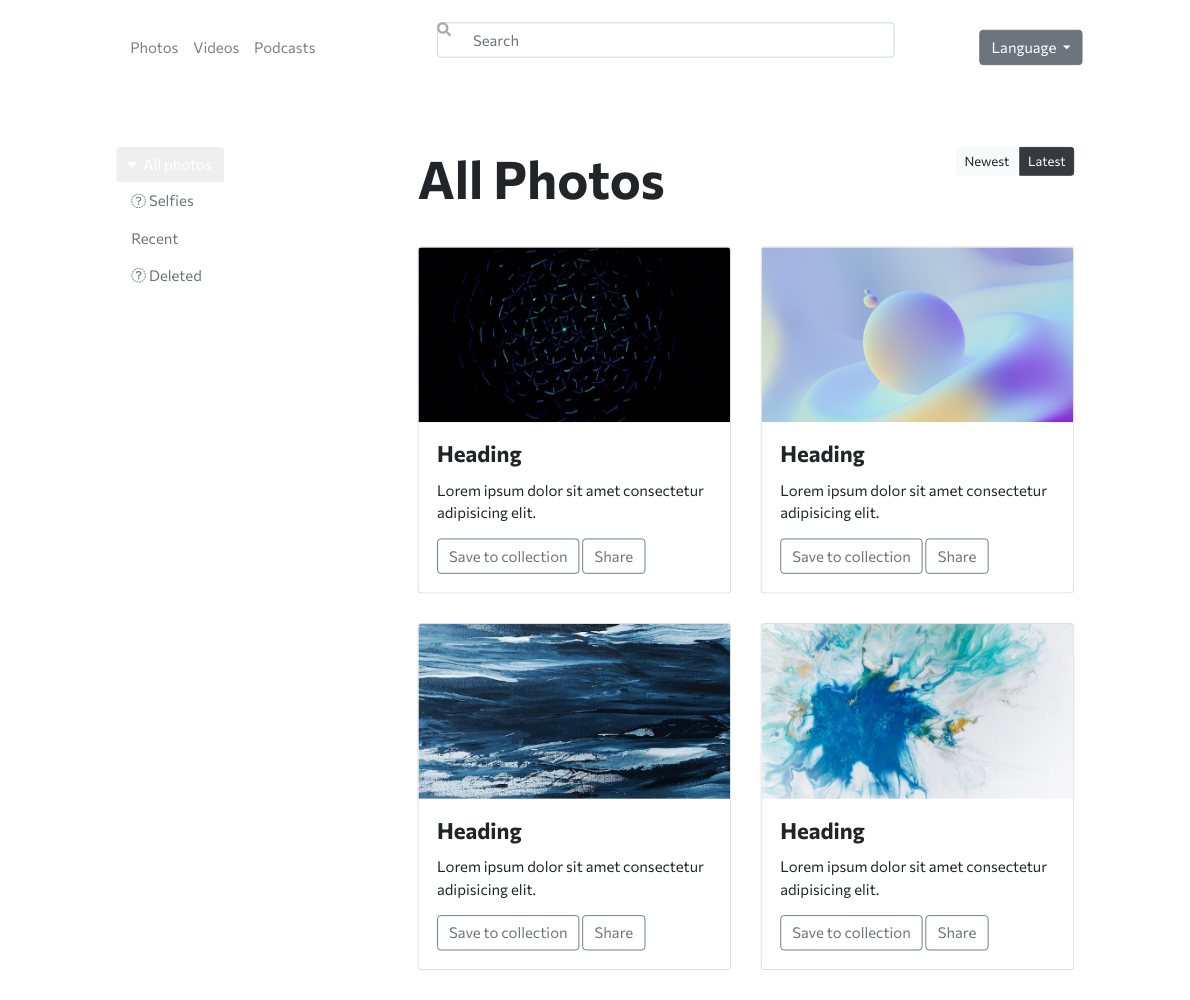
Repository: AlisaSkryp/photoblog
Page: index.html
An editor plug-in stored every save of this project. The page is shown before and after a run of saves, followed by the edit.
The browser window is 1280 px wide. The pictures show the whole page, at 93% of full size.
Some web libraries are served in a nearby version.

Above is the page before, as saved 2023-04-10 11:30:19.

### index.html
<!DOCTYPE html>
<html lang="en">
<head>
	<meta charset="utf-8">
	<meta name="viewport" content="width=device-width, initial-scale=1">
	<title>Complete Bootstrap 4 Website Layout</title>
	<link rel="stylesheet" href="https://maxcdn.bootstrapcdn.com/bootstrap/4.0.0/css/bootstrap.min.css">
	<link rel="stylesheet" href="https://use.fontawesome.com/releases/v5.7.0/css/all.css" integrity="sha384-lZN37f5QGtY3VHgisS14W3ExzMWZxybE1SJSEsQp9S+oqd12jhcu+A56Ebc1zFSJ" crossorigin="anonymous">
	<link href="style.css" rel="stylesheet">
</head>
<body>

<!-- Navigation -->
<header class="container">
<nav class="navbar navbar-expand-md navbar-light sticky-top">
 <div class="container-fluid">
  <button class="navbar-toggler" type="button" data-toggle="collapse" data-target="#navbarResponsive">
		<span class="navbar-toggler-icon"></span>
	</button>
	<div class="collapse navbar-collapse col-md-3" id="navbarResponsive">
		<ul class="navbar-nav">
			<li class="nav-item">
			  <a class="nav-link" href="#">Photos</a>
			</li>
			<li class="nav-item">
			  <a class="nav-link" href="#">Videos</a>
			</li>
			<li class="nav-item">
			  <a class="nav-link" href="#">Podcasts</a>
			</li>
		</ul>
	</div>
	<div class="search-container col-md-6">
	 <div class="form-group has-search">
    <span class="fa fa-search form-control-feedback"></span>
    <input type="text" class="form-control" placeholder="Search">
   </div>
	</div>
	<div class="dropdown">
		<button class="btn btn-secondary dropdown-toggle" type="button" id="dropdownMenuButton" data-toggle="dropdown" aria-haspopup="true" aria-expanded="false">
			Language
		</button>
		<div class="dropdown-menu" aria-labelledby="dropdownMenuButton">
			<a class="dropdown-item" href="#">English</a>
			<a class="dropdown-item" href="#">Spanish</a>
			<a class="dropdown-item" href="#">French</a>
		</div>
	</div>

 </div>
</nav>
</header>
<!--- Sidebar -->
<div class="container d-flex">
<aside class="container-fluid col-3 mt-4 pt-3">
  <div class="row">
    <nav class="col-md-12 d-none d-md-block sidebar">
      <div class="sidebar-sticky">
        <ul class="nav flex-column">
          <li class="nav-item">
						<button type="button font-size-bold" class="btn primary fw-bold text-white"><i class="fas fa-heart pr-2" aria-hidden="true"></i>All photos</button>
          </li>
          <li class="nav-item">
            <a class="nav-link text-secondary" href="#"><i class="fas fa-face-smile"></i> Selfies</a>
          </li>
          <li class="nav-item">
            <a class="nav-link text-secondary" href="#">Recent</a>
          </li>
					<li class="nav-item">
            <a class="nav-link  text-secondary" href="#"><i class="fas fa-trash-can"></i> Deleted</a>
          </li>
        </ul>
      </div>
    </nav>
    <main class="col-md-9 ml-sm-auto col-lg-10 px-md-4">
      <!-- Your page content goes here -->
    </main>
  </div>
</aside>

<!--- Section head -->

<div class="container-fluid padding col-8 mt-4">
	<div class="row welcome text-left">
		<div class="col-12 d-flex">
			<h1 class="display-4 font-weight-bold">All Photos</h1>
			<div class="btn-group btn-group-sm ml-auto h-25 d-inline-block" role="group" aria-label="Basic example">
				<button type="button" class="btn btn-light">Newest</button>
				<button type="button" class="btn btn-dark">Latest</button>
			</div>
		</div>
	</div>

	<section class="container-fluid px-0">
		<div class="row padding">
			<div class="col-md-6">
				<div class="card">
					<img class="card-img-top" src="thumbnail.png">
					<div class="card-body">
						<h4 class="card-title font-weight-bold">Heading</h4>
						<p class="card-text font-weight-normal">Lorem ipsum dolor sit amet consectetur adipisicing elit.</p>
						<a href="#" class="btn btn-outline-secondary">Save to collection</a>
						<a href="#" class="btn btn-outline-secondary">Share</a>
					</div>
				</div>
			</div>
			<div class="col-md-6">
				<div class="card">
					<img class="card-img-top" src="thumbnail1.png">
					<div class="card-body">
						<h4 class="card-title font-weight-bold">Heading</h4>
						<p class="card-text font-weight-normal">Lorem ipsum dolor sit amet consectetur adipisicing elit.</p>
						<a href="#" class="btn btn-outline-secondary">Save to collection</a>
						<a href="#" class="btn btn-outline-secondary">Share</a>
					</div>
				</div>
			</div>
			<div class="w-100"></div>
			<div class="col-md-6">
				<div class="card">
					<img class="card-img-top" src="thumbnail2.png">
					<div class="card-body">
						<h4 class="card-title font-weight-bold">Heading</h4>
						<p class="card-text font-weight-normal">Lorem ipsum dolor sit amet consectetur adipisicing elit.</p>
						<a href="#" class="btn btn-outline-secondary">Save to collection</a>
						<a href="#" class="btn btn-outline-secondary">Share</a>
					</div>
				</div>
			</div>
			<div class="col-md-6">
				<div class="card">
					<img class="card-img-top" src="thumbnail3.png">
					<div class="card-body">
						<h4 class="card-title font-weight-bold">Heading</h4>
						<p class="card-text font-weight-normal">Lorem ipsum dolor sit amet consectetur adipisicing elit.</p>
						<a href="#" class="btn btn-outline-secondary">Save to collection</a>
						<a href="#" class="btn btn-outline-secondary">Share</a>
					</div>
				</div>
			</div>
		</div>
	</section>
</div>
</div>
<!--- Cards -->
<script src="https://ajax.googleapis.com/ajax/libs/jquery/3.3.1/jquery.min.js"></script>
<script src="https://cdnjs.cloudflare.com/ajax/libs/popper.js/1.12.9/umd/popper.min.js"></script>
<script src="https://maxcdn.bootstrapcdn.com/bootstrap/4.0.0/js/bootstrap.min.js"></script>
<script src="https://use.fontawesome.com/releases/v5.0.8/js/all.js"></script>
</body>
</html>

### style.css
@import url('https://fonts.googleapis.com/css2?family=Commissioner:wght@400;700&display=swap');






body {
	font-family: 'Commissioner', sans-serif;
}



/*---Media Queries --*/
@media (max-width: 992px) {

  }
@media (max-width: 768px) {

}
@media (max-width: 576px) {

}

.search-container {
	width: 10%;
	margin: 0px auto;
}
.has-search .form-control {
	padding-left: 2.375rem;
}

.has-search .form-control-feedback {
	position: absolute;
	z-index: 2;
	display: block;
	width: 15px;
	height: 15px;
	line-height: 15px;
	text-align: center;
	pointer-events: none;
	color: #aaa;
}
/*---Firefox Bug Fix --*/
.carousel-item {
  transition: -webkit-transform 0.5s ease;
  transition: transform 0.5s ease;
  transition: transform 0.5s ease, -webkit-transform 0.5s ease;
  -webkit-backface-visibility: visible;
  backface-visibility: visible;
}
/*--- Fixed Background Image --*/
figure {
  position: relative;
  width: 100%;
  height: 60%;
  margin: 0!important;
}
.fixed-wrap {
  clip: rect(0, auto, auto, 0);
  position: absolute;
  top: 0;
  left: 0;
  width: 100%;
  height: 100%;
}
#fixed {
  background-image: url('img/mac.png');
  position: fixed;
  display: block;
  top: 0;
  left: 0;
  width: 100%;
  height: 100%;
  background-size: cover;
  background-position: center center;
  -webkit-transform: translateZ(0);
          transform: translateZ(0);
  will-change: transform;
}
/*--- Bootstrap Padding Fix --*/
[class*="col-"] {
    padding: 1rem;
}





/*
Extra small (xs) devices (portrait phones, less than 576px)
No media query since this is the default in Bootstrap

Small (sm) devices (landscape phones, 576px and up)
@media (min-width: 576px) { ... }

Medium (md) devices (tablets, 768px and up)
@media (min-width: 768px) { ... }

Large (lg) devices (desktops, 992px and up)
@media (min-width: 992px) { ... }

Extra (xl) large devices (large desktops, 1200px and up)
@media (min-width: 1200px) { ... }
*/

After the next 3 saves:
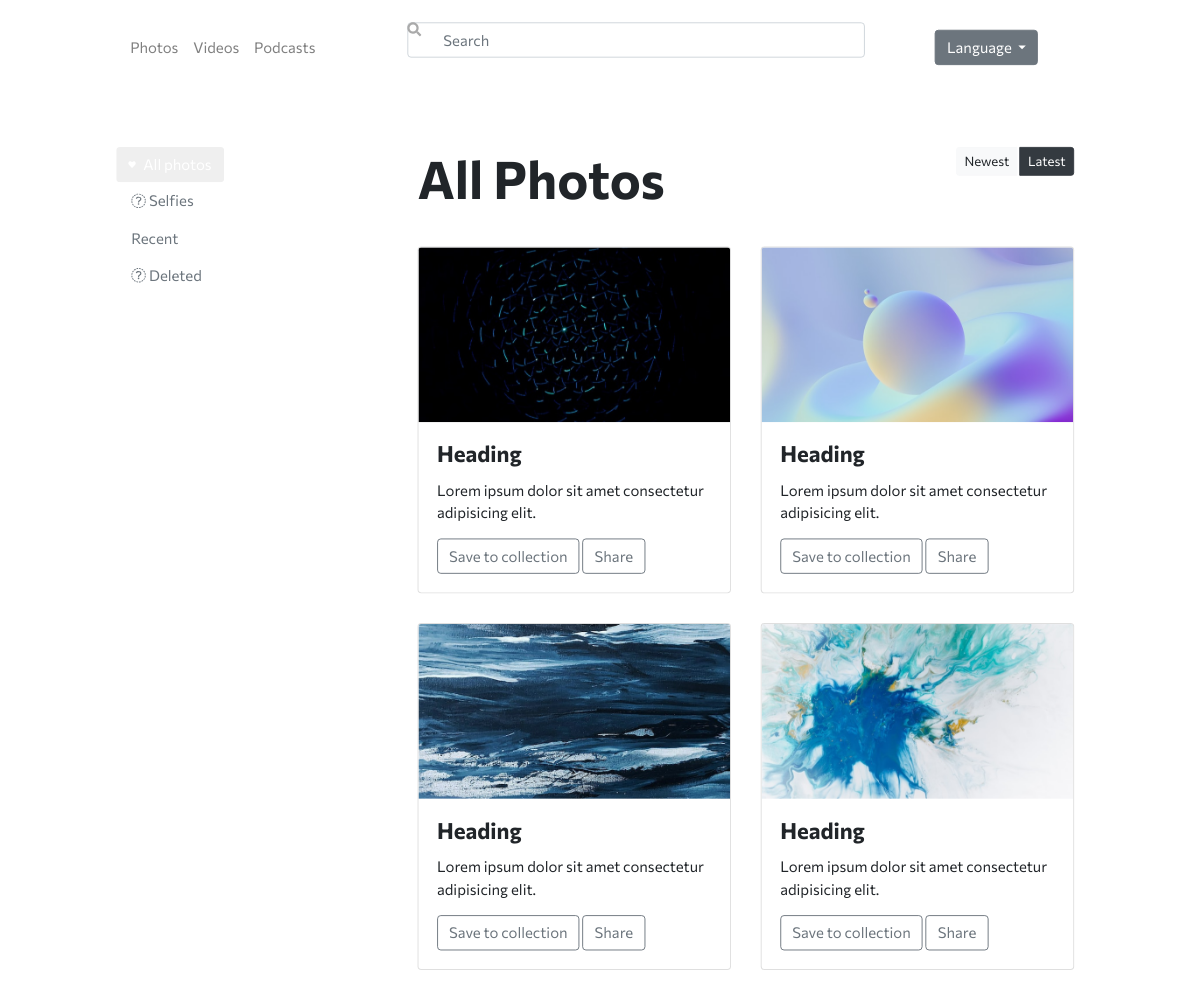
The 3 saves are shown as one change because they came seconds apart.
The last was saved 12 s later.
--- a/index.html
+++ b/index.html
@@ -36,7 +36,7 @@
     <input type="text" class="form-control" placeholder="Search">
    </div>
 	</div>
-	<div class="dropdown">
+	<div class="dropdown col-md-2">
 		<button class="btn btn-secondary dropdown-toggle" type="button" id="dropdownMenuButton" data-toggle="dropdown" aria-haspopup="true" aria-expanded="false">
 			Language
 		</button>
